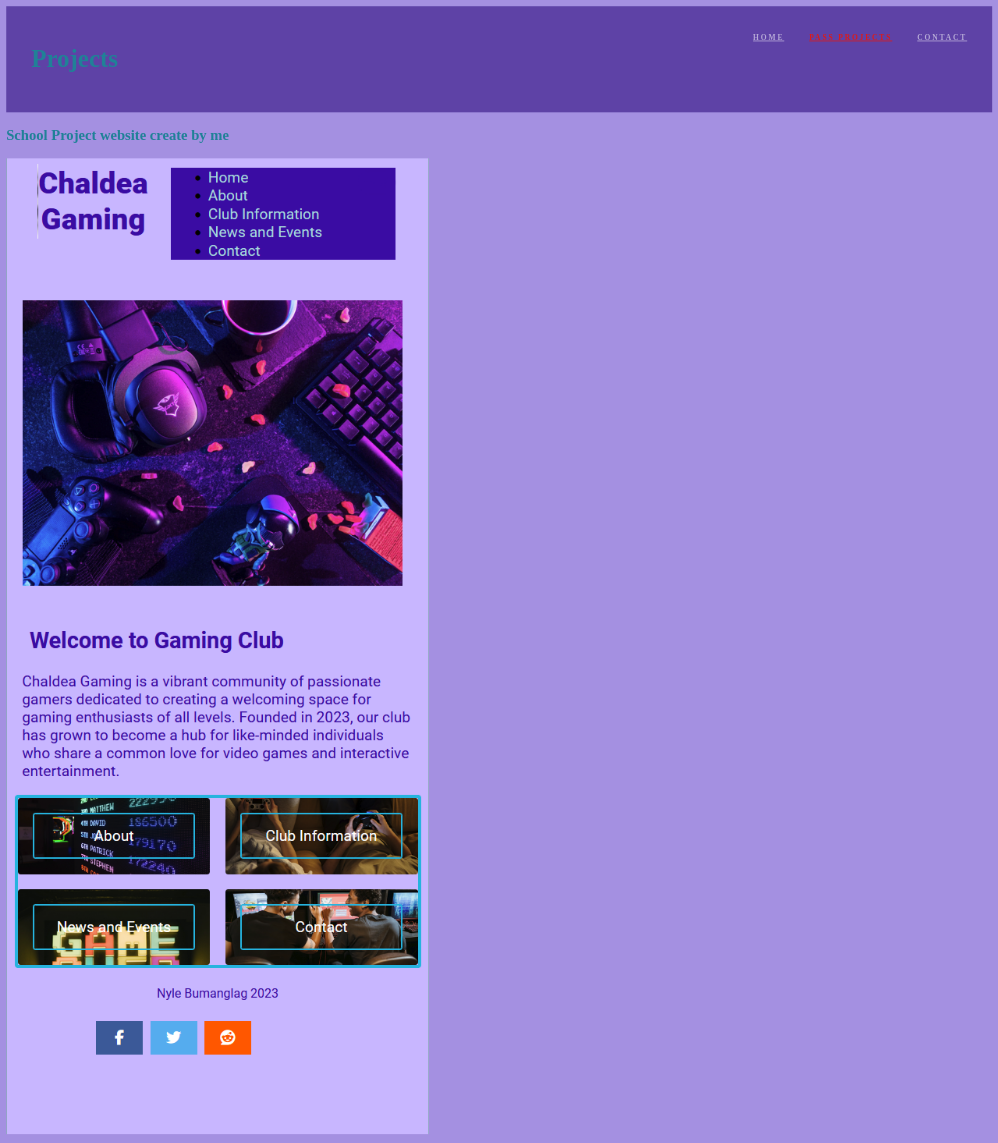
Repository: NyleNC/main
Page: projects.html
The author's editor kept a copy of each file at every save. The page is drawn from the files as they stood at one save, then again after the next save.
The browser window is 1280 px wide. The pictures show the whole page, at 78% of full size.

Above is the page before, as saved 2024-11-07 00:24:57.

### projects.html
<!DOCTYPE html>
<html lang="en">
<head>
    <meta charset="UTF-8">
    <meta name="viewport" content="width=device-width, initial-scale=1.0">
    <title>Nyle Bumanglag</title>
    <link rel="stylesheet" href="style.css">
</head>
<header id="header"><h1>Projects</h1>
    <nav>
        <ul>
            <li><a href="index.html">Home</a></li>
            <li><a href="projects.html" class="active">Pass Projects</a></li>
            <li><a href="Contact.html">Contact</a></li>
        </ul>
    </nav>
</header>
<body>
    <section>
        <div >
            <div class="image.fit">
            <h3>School Project website create by me </h3>
            <img src="Images/website.png" alt="website" >
        </div>
        </div>



    </section>
</body>
</html>

### style.css
body{
    background: #a490e1;
    color: rgb(32, 129, 151);
}

#header {
 display: -moz-flex;
display: -webkit-flex;
display: -ms-flex;
display: flex;
background-color: #5e42a6;
cursor: default;
padding: 1.75em 2em;
}

 #header > .title {
border: 0;
color: #ffffff;
 display: block;
font-size: 1.25em;
font-weight: bold;
    }

#header > nav {
flex: 1;
text-align: right;
}
 #header > nav > ul {
 margin: 0;
padding: 0;
}

 #header > nav > ul > li {
 display: inline-block;
margin-left: 1.75em;
 padding: 0;
vertical-align: middle;
}

#header > nav > ul > li:first-child {
margin-left: 0;
}

#header > nav > ul > li a {
  border: 0;
color: rgba(255, 255, 255, 0.542);
display: inline-block;
 font-size: 0.6em;
font-weight: bold;
letter-spacing: 0.25em;
text-transform: uppercase;
}
 #header > nav > ul > li a:hover {
color: rgb(144, 225, 164)
}
#header > nav > ul > li a.active {
color: #dd1a1a;
}

.image-fit {
 display: block;
 margin: 0 0 2em 0;
 width: 10%;
}

After the next save:
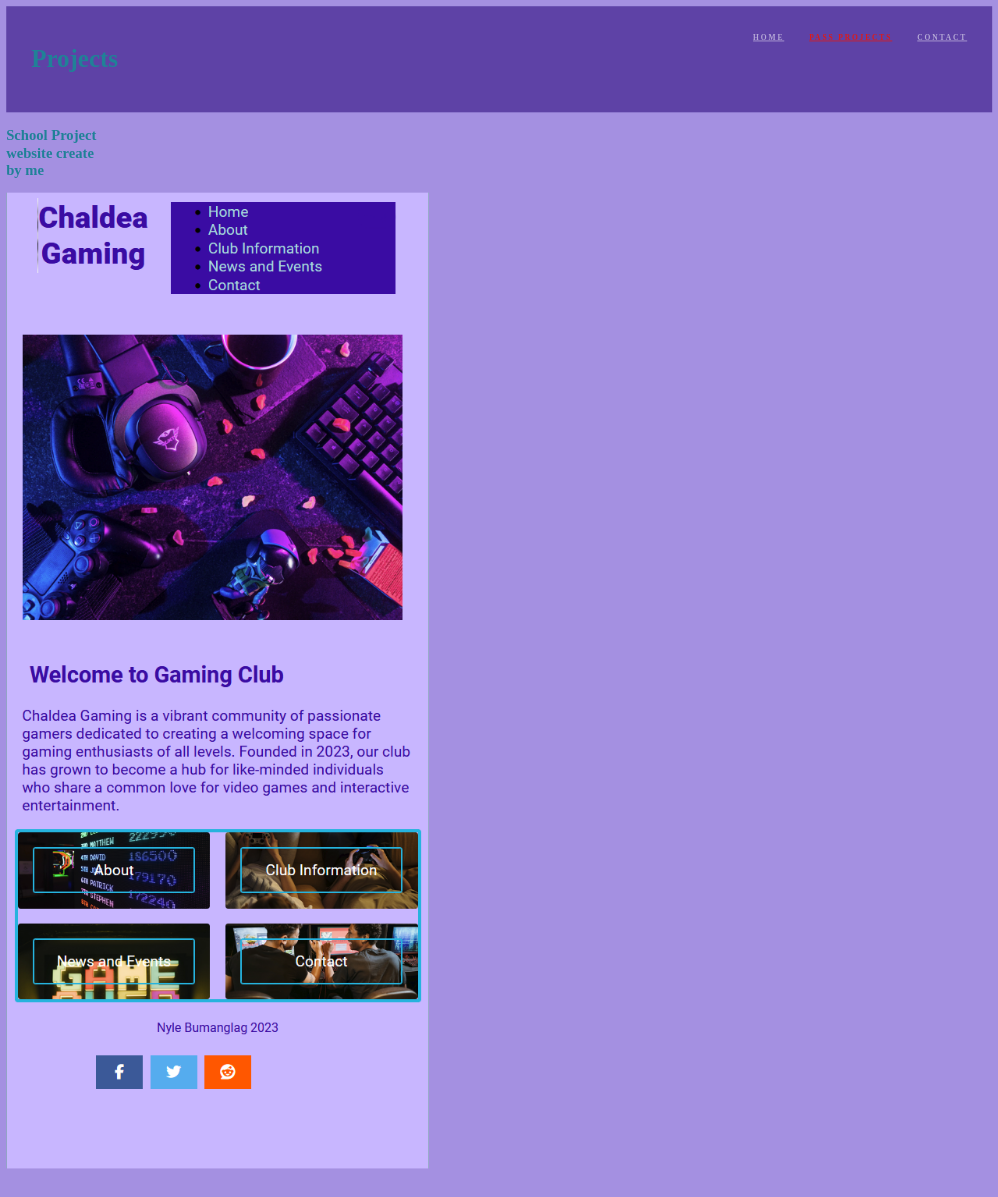
Saved 5 s later.
--- a/projects.html
+++ b/projects.html
@@ -18,7 +18,7 @@
 <body>
     <section>
         <div >
-            <div class="image.fit">
+            <div class="image-fit">
             <h3>School Project website create by me </h3>
             <img src="Images/website.png" alt="website" >
         </div>
